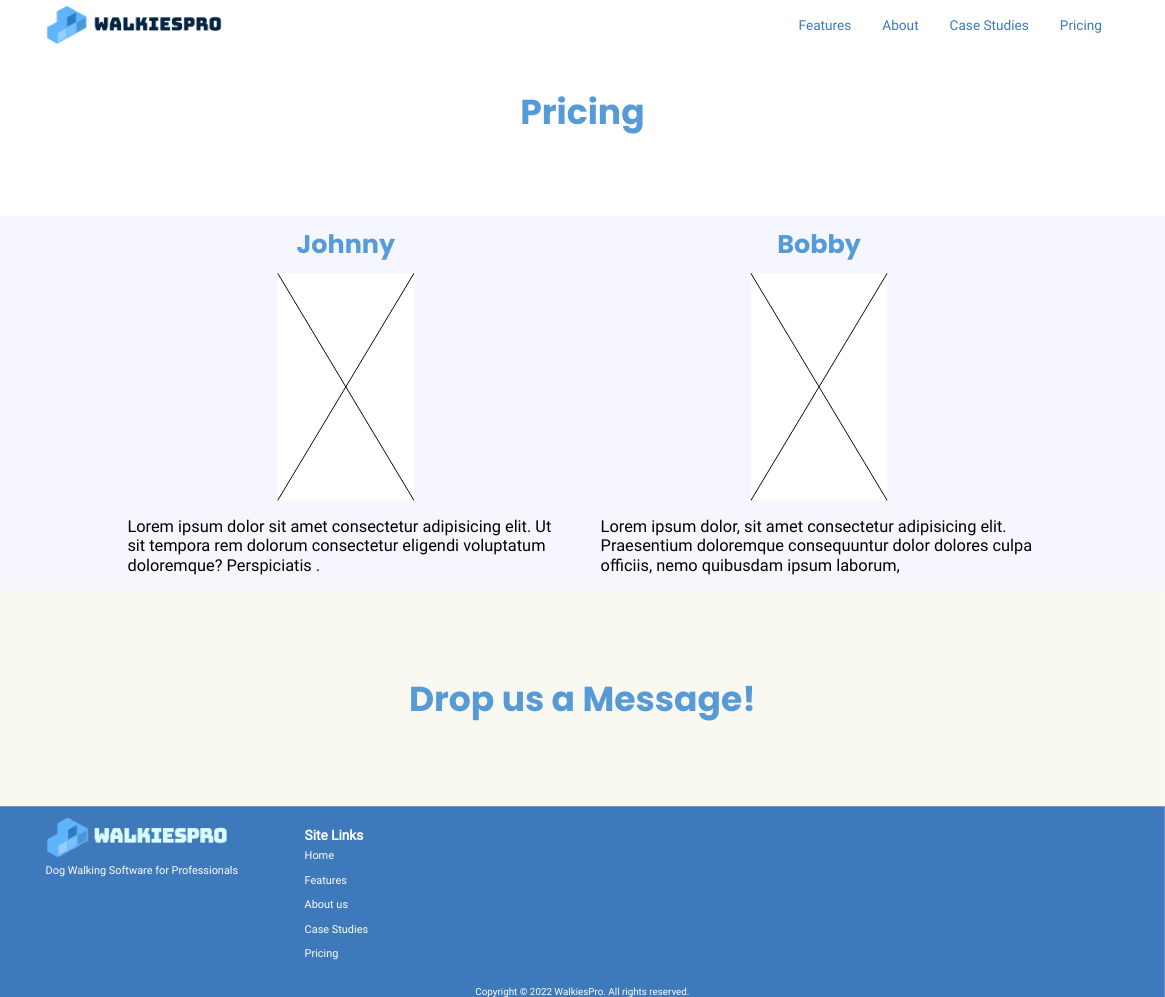
Repository: StevieC87/LAYOUT4
Page: pricing.html
The author's editor kept a copy of each file at every save. The page is drawn from the files as they stood at one save, then again after the next save.
The browser window is 1280 px wide. The pictures show the whole page, at 91% of full size.

Above is the page before, as saved 2022-01-02 19:08:04.

### pricing.html
<!DOCTYPE html>
<html lang="en">
  <head>
    <meta charset="UTF-8" />
    <meta http-equiv="X-UA-Compatible" content="IE=edge" />
    <meta name="viewport" content="width=device-width, initial-scale=1.0" />
    <title>WalkiesPro Dog Walking Software</title>
    <link rel="stylesheet" href="css/styles.css" />
    <link rel="stylesheet" href="css/aboutus.css" />
    <link rel="stylesheet" href="css/footer.css" />
    <link rel="stylesheet" href="css/navbar.css" />
    <link rel="stylesheet" href="css/fonts.css" />
    <link rel="stylesheet" href="css/utilities.css" />
    <link rel="stylesheet" href="css/mediaqueries.css" />
    <!-- THIS js file - deferred so loads at the end -->
    <script type="text/javascript" src="js/scripts.js" defer></script>

    <style></style>
  </head>
  <body>


    <div class="containernew">
      <div class="navwrapper">
        <!------------------ NAVBAR --------------------->
        <nav id="navbar" class="paddingspecial">
          <!--  <div class="paddingspecial"> -->
          <div id="logo" class="logodiv">
            <a href="index.html"><img src="images/logo.png" alt="logo" /></a>
          </div>
          <div id="hamburger-menu" class="hamburger-menu">
            <div class="line line-1"></div>
            <div class="line line-2"></div>
            <div class="line line-3"></div>
          </div>
          <div class="navlist">
            <ul tabindex="-1">
              <li><a class="current" href="features.html">Features</a></li>
              <li><a href="about-us.html">About</a></li>
              <li><a href="case-studies.html">Case Studies</a></li>
              <li><a href="pricing.html">Pricing</a></li>
            </ul>
          </div>
          <!-- </div> -->
        </nav>
      </div>
      <!------------------ OUR STORY --------------------->
      <section class="ourstorywrapper">

          <div class="ourstoryh1">
            <h1 class="fronth1" style="display: block">Pricing</h1>
          </div>
         <!--  <div class="ourstoryp">
              Lorem ipsum dolor sit, amet consectetur adipisicing elit. Voluptatibus minus debitis atque necessitatibus
              nesciunt. Quod molestias eum dolorem aliquam sapiente cum voluptatem nobis nesciunt dolor, totam nam neque
              inventore aliquid maiores fugiat saepe placeat? Magnam quis ex eos commodi quo?
          </div> -->

      </section>
      <!------------------ PRICING TABLE --------------------->
      <section class="meettheteamwrapper">
        <!--   <div class="meettheteamh2">
              <h2> Meet the team! </h2>
          </div> -->
          <div class="meetteamprofiles">
            <div class="meettheteamprofile1">
              <h3 class="centertext">Johnny</h3>

                <img src="images/3.png" width="150px" alt="" height="250px"  class="centerimg">

              <p>Lorem ipsum dolor sit amet consectetur adipisicing elit. Ut sit tempora rem dolorum consectetur eligendi voluptatum doloremque? Perspiciatis .</p>
            </div>
            <div class="meettheteamprofile2">
              <h3 class="centertext">Bobby</h3>

                <img class="centerimg" src="images/3.png" width="150px" height="250px" alt="">

              <p>Lorem ipsum dolor, sit amet consectetur adipisicing elit. Praesentium doloremque consequuntur dolor dolores culpa officiis, nemo quibusdam ipsum laborum,</p>
            </div>
        </div>
      </section>
      <!------------------ CONTACT US SECTION --------------------->
     <section class="contactuswrapper">
       <div class="contactusinnerwrapper">
        <h2 class="centertext"> Drop us a Message! </h2>

       </div>
     </section>
      <!------------------ FOOTER --------------------->
      <footer id="footer">
        <div class="footerwrapper">
          <div class="footergriditem1">
            <img class="bottomlogo" src="images/logoblue.png" alt="logo" />
            <span class="whitetext bottomphrase"
              >Dog Walking Software for Professionals</span
            >
          </div>

          <div class="footergriditem2">
            <div><b class="whitetext footerlinkstitle">Site Links</b></div>
            <ul class="whitetext ulnostyle anostyle" style="font-size: 12px">
              <li><a href="../layout/index.html">Home</a> </li>
              <li><a href="features.html">Features</a> </li>
              <li><a href="about-us.html">About us</a> </li>
              <li><a href="case-studies.html">Case Studies</a></li>
              <li><a href="pricing.html">Pricing</a></li>
            </ul>
          </div>
          <div class="footergriditem3 whitetext smallfont">Copyright © 2022 WalkiesPro. All rights reserved.</div>
        </div>

      </footer>
    </div>
    <!-- end container -->

    <!------------------ SIDE MENU --------------------->
    <div id="menuhidden" class="menuhidden hiddenright">
      <div class="slidemenu">
        <ul tabindex="-1" aria-hidden="true">
          <li><a class="activeSidebarLi" href="index.html">Home</a></li>
          <li><a class="current" href="features.html">Features</a></li>
          <li><a href="about-us.html">About</a></li>
          <li><a href="case-studies.html">Case Studies</a></li>
          <li><a href="pricing.html">Pricing</a></li>
          <!--    <hr /> -->
        </ul>
      </div>
    </div>
  </body>
</html>

### css/styles.css
:root {
  /*  --myblue: #5da3df; */
  --myblue: #3e79bc;
  --myblueh1: #569ad7;
}

html,
body {
  box-sizing: border-box;
  font-size: 18px;
  font-family: Roboto;
  /*  line-height: 1rem; */
  margin: auto;
}
*,
*:before,
*:after {
  box-sizing: inherit;
}

h1,
h2,
h3,
h4,
h5,
h6 {
  font-family: PoppinsBold;
  color: var(--myblueh1);
  /* #5da3df */
  padding: 10px 0 10px 0;
  margin: 0px;
}
h1 {
  font-size: 38px;
  line-height: 2.8rem;
}
h2 {
  font-size: 38px;
}
h3 {
  font-size: 28px;
}
h4 {
  font-size: 26px;
}
h5 {
  font-size: 20px;
}
h6 {
  font-size: 18px;
}

.fronth1 {
  padding-top: 0px;
}

.containernew {
  width: 100%;
}

### css/aboutus.css
/* * * * * * * * * * * * * * * * * * * * * * * * * * * * * * * * * * * * * * * *
ABOUT US
* * * * * * * * * * * * * * * * * * * * * * * * * * * * * * * * * * * * * * * */
.ourstorywrapper {
  width: 100%;
  display: grid;
  padding: 40px 0 80px 0;
}

.ourstoryh1 {
  grid-template-columns: 1fr;
  align-self: center;
  justify-self: center;
}

.ourstoryp {
  /* max-width: 80%;  */
  max-width: 800px;
  grid-template-columns: 1fr;
  align-self: center;
  justify-self: center;
  font-size: 1rem;
  padding-top: 30px;
}
.meettheteamwrapper {
  width: 100%;
  display: grid;
  justify-content: center;
  background-color: #f6f7fe;
}
.meettheteamh2 {
  padding-top: 40px;
  text-align: center;
  /*  color: purple; */
  color: var(--myblueh1);
  /* color: #7f55ff; */
  width: 100%;
}
.meettheteamh2 > h2 {
  color: inherit;
}
.meetteamprofiles {
  max-width: 1000px;
  justify-content: center;
  display: grid;
  grid-template-columns: 1fr;
  grid-gap: 40px;
}
.contactuswrapper {
  padding: 80px 0 80px 0;
  background-color: #f9f9f2;
}
.contactusinnerwrapper {
}

.aboutusformgrid {
  max-width: 300px;
  margin: 0 auto;
  padding: 0 20px 0px 20px;
}
.textareadiv {
}
textarea {
  width: 100%;
  max-width: 300px;
  border-radius: 5px;
  border: 1px solid var(--myblue);
}
input,
label {
  display: block;
  width: 100%;
  max-width: 300px;
}
input {
  border-radius: 5px;
  border: 1px solid var(--myblue);
  padding: 10px;
}
label {
  padding-bottom: 5px;
  padding-top: 20px;
  color: var(--myblue);
}
@media (min-width: 336px) {
  .meetteamprofiles {
    grid-template-columns: 1fr 1fr;
  }
  .meettheteamprofile1 {
    justify-self: center;
    align-self: center;
  }
  .meettheteamprofile2 {
  }
}

### css/footer.css
/* * * * * * * * * * * * * * * * * * * * * * * * * * * * * * * * * * * * * * * *
                    FOOTER
* * * * * * * * * * * * * * * * * * * * * * * * * * * * * * * * * * * * * * * */

footer {
  background-color: var(--myblue);
  width: 100%;
  display: flex;
  justify-content: center;
  padding-top: 10px;
}
/* DEFAULT FOR SMALL SCREEN - MOBILE FIRST */
.footerwrapper {
  /* this is the inner div that serves as a grid with equal columns as container */
  width: 1200px;
  display: grid;
  grid-template-columns: 1fr;
  grid-gap: 0.2rem;
}
/* DEFAULT FOR SMALL SCREEN - MOBILE FIRST */
.footergriditem1 {
  grid-row: 1 / 2;
  /* grid-column: 1 / 2; */
  grid-column: 1 / -1;
}
/* DEFAULT FOR SMALL SCREEN - MOBILE FIRST */
.footergriditem2 {
  /* grid-column: 2 / 3; */
  grid-column: 1 / -1;
  grid-row: 3 / 4;
  padding-left: 10px;
  justify-self: start;
  padding-top: 10px;
  padding-bottom: 10px;

  /*  justify-self: self-end; */
  /* padding: 20px 0 0 40px; */
}
.footergriditem2:first-child {
  margin: 10px 0 10px 0;
}
.footergriditem3 {
  grid-row: 4 / 5;
  grid-column: 1 / -1;
  justify-self: center;
  align-self: center;
}
.bottomlogo {
  padding: 0px 0 0px 10px;
}
.bottomphrase {
  padding-left: 10px;
  display: block;
  text-align: left;
  font-size: 12px;
}
.footerlinkstitle {
  font-size: 15px;
}

@media (min-width: 336px) {
}
@media (min-width: 450px) {
  .footerwrapper {
    grid-template-columns: 226px 200px 1fr 0.2fr 0.2fr 0.2fr;
  }
  .footergriditem1 {
    grid-row: 1 / 2;
    grid-column: 1 / 2;
  }
  .footergriditem2 {
    grid-row: 1 / 2;
    grid-column: 2 / 3;
    padding-left: 0px;
    justify-self: center;
    padding-top: 10px;
    padding-bottom: 10px;
  }
}

### css/navbar.css
/* * * * * * * * * * * * * * * * * * * * * * * * * * * * * * * * * * * * * * * *
                          NAVBAR
* * * * * * * * * * * * * * * * * * * * * * * * * * * * * * * * * * * * * * * */
.navwrapper {
  display: flex;
  justify-content: center;
}
nav {
  background-color: white;
  width: 1200px;
  display: flex;
  justify-content: space-between;
}

.logodiv {
  padding-top: 5px;
  padding-left: 10px;
}
#navbar ul {
  list-style: none;
  margin-right: 15px;
  /*   float: right; */
}

#navbar ul li {
  float: left;
}

#navbar ul li a {
  display: block;
  margin: 0 14px 0 20px;
  /* padding: 0 20px 0 10px; */
  text-align: center;
  text-decoration: none;
  color: var(--myblue);
  /*  color: black; */

  font-size: 15px;
  /*  border-bottom: 1px solid transparent; */

  line-height: 21px;
}
#navbar ul li a:hover {
  /*  text-decoration: underline; */
  /*  border-bottom: 1px solid var(--myblue); */
  color: #9370db;
}

/* * * * * * * * * * * * * * * * * * * * * * * * * * * * * * * * * * * * * * * *
HAMBURGER MENU
* * * * * * * * * * * * * * * * * * * * * * * * * * * * * * * * * * * * * * * */

.hamburger-menu {
  width: 30px;
  height: 30px;
  padding-top: 7px;
  position: absolute;
  top: 7px;
  right: 10px;
  display: flex;
  flex-direction: column;
  justify-content: space-between;
  cursor: pointer;
  z-index: 100;
}

.line {
  width: inherit;
  height: 3px;
  background-color: var(--myblue);
  border-radius: 2px;
  transition-property: transform;
  transition-duration: 500ms;

  /*   transform-origin: right;
  transition: transform 0.5s; */
}

.line.openline:nth-child(1) {
  transform: translate(0px, 10px) rotate(45deg);
  /*  transform-origin: top; */
}
.line.openline:nth-child(2) {
  opacity: 0;
}
.line.openline:nth-child(3) {
  transform: translate(0px, -10px) rotate(-45deg);

  /*   transform-origin: top; */
}

.menuhidden {
  height: 100vh;
  width: 200px;
  background-color: white;
  position: fixed;
  top: 0;
  right: -200px;
  transition: ease 0.2s;
}

.visibleright {
  right: 0px;
  /*   transition: ease 4s; */
}
/* --------- SLIDEMENU ---------- */
.slidemenu ul {
  list-style: none;
  padding-top: 45px;
  padding-left: 0px;
  width: 100%;
  /*   float: right; */
}
.slidemenu ul li {
}
.slidemenu ul li a {
  display: block;
  padding: 10px 5px 10px 5px;
  margin: 0px 5px 0px 5px;
  text-align: center;
  text-decoration: none;
  line-height: 1.5rem;
  color: var(--myblue);
}
.slidemenu ul li a:hover {
  background-color: #fbfbfa;
  border-radius: 15px;
  /* opacity: 0.5; */
}
.activeSidebarLi {
  background-color: #fbfbfa;
  border-radius: 15px;
}
/* END SLIDEMENU */

### css/fonts.css
/* * * * * * * * * * * * * * * * * * * * * * * * * * * * * * * * * * * * * * * *
        FONT FAMILIESS
* * * * * * * * * * * * * * * * * * * * * * * * * * * * * * * * * * * * * * * */
@font-face {
  font-family: 'Bungee';
  src: url('../fonts/Bungee-Regular.ttf');
  src: local('☺'), url('../fonts/Bungee-Regular.ttf') format('truetype');
  font-display: block;
}
@font-face {
  font-family: 'Roboto';
  src: url('../fonts/Roboto-Regular.ttf');
  src: local('☺'), url('../fonts/Roboto-Regular.ttf') format('truetype');
  font-display: block;
}
@font-face {
  font-family: 'Roboto-Bold';
  src: url('../fonts/Roboto-Bold.ttf');
  src: local('☺'), url('../fonts/Roboto-Bold.ttf') format('truetype');
  font-display: block;
}
@font-face {
  font-family: 'Ubuntu';
  src: url('../fonts/Ubuntu-Regular.ttf');
  src: local('☺'), url('../fonts/Ubuntu-Regular.ttf') format('truetype');
  font-display: block;
}
@font-face {
  font-family: 'UbuntuBold';
  src: url('../fonts/Ubuntu-Bold.ttf');
  src: local('☺'), url('../fonts/Ubuntu-Bold.ttf') format('truetype');
  font-display: block;
}
@font-face {
  font-family: 'Poppins';
  src: url('../fonts/Poppins-Regular.ttf');
  src: local('☺'), url('../fonts/Poppins-Regular.ttf') format('truetype');
  font-display: block;
}
@font-face {
  font-family: 'PoppinsBold';
  src: url('../fonts/Poppins-Bold.ttf');
  src: local('☺'), url('../fonts/Poppins-Bold.ttf') format('truetype');
  font-display: block;
}
.bungee {
  font-family: Bungee;
}
.ubuntu {
  font-family: Ubuntu;
}
.ubuntuBold {
  font-family: UbuntuBold;
}
.poppins {
  font-family: Poppins;
}

### css/utilities.css
.btn {
  cursor: pointer;
  transition-property: background-color, color, border;
  transition-duration: 200ms;
  transition-timing-function: ease-in;
}
.allfeaturesbtn {
  padding: 15px 20px 15px 20px;
  border-radius: 10px;
  border: 1px solid var(--myblue);
  /*   background-color: var(--myblue); */
  background-color: WHITE;
  /* color: white; */
  color: var(--myblue);
  font-weight: bold;
  font-size: 1.2rem;
}
.allfeaturesbtn:hover {
  background-color: var(--myblue);
  color: white;
}
.submit {
  margin-top: 20px;
  padding: 8px 6px 8px 6px;
  border-radius: 6px;
  width: 100px;
  background-color: var(--myblue);
  border: 1px solid var(--myblue);
  color: #f9f9f2;
  font-size: 1.2rem;
  /*  font-weight: bold; */
}

/* * * * * * * * * * * * * * * * * * * * * * * * * * * * * * * * * * * * * * * *
UTILITY CLASSES
* * * * * * * * * * * * * * * * * * * * * * * * * * * * * * * * * * * * * * * */

.centertext {
  text-align: center;
}
.centerimg {
  display: block;
  margin-left: auto;
  margin-right: auto;
  /*   width: 50%; */
}
.centerhorizvert {
  align-self: center;
  justify-self: center;
}
/* visible/invis from screen readers & visually */
.invisible {
  visibility: hidden;
}
.visible {
  visibility: visible;
}
.whitetext {
  color: white;
}
.smallfont {
  font-size: 0.6rem;
}
.ulnostyle {
  list-style: none;
  line-height: 1.5rem;
  padding: 0;
  margin: 0;
}
.anostyle > li a {
  text-decoration: none;
  color: white;
}

### css/mediaqueries.css
/* to switch to hamburger menu */
@media (min-width: 677px) {
  .hamburger-menu {
    visibility: hidden;
  }
  .section2divrow {
    grid-template-columns: 1fr 1fr;
  }
  .section1innerwrapper {
    grid-template-columns: 2fr 1fr;
  }
}
@media (max-width: 676px) {
  /* HIDE NAV LI WHEN SMALL SCREEN */
  nav {
    width: 1200px;
  }

  .navlist {
    visibility: hidden;
    display: none;
  }
  .hamburger-menu {
    visibility: visible;
  }

  /* ADVANCED SCHEDULING DIV - flip order: image last */
  .section2imgleft1 {
    grid-row: 2;
  }
  .section2textright1 {
    grid-row: 1;
  }
  /* FINANCIAL MANAGEMENT DIV - flip order: image last */
  .section2imgleft3 {
    grid-row: 2;
  }
  .section2textleft3 {
    grid-row: 1;
  }
}

### js/scripts.js
const hamburgerbutton = document.querySelector('#hamburger-menu');
hamburgerbutton.addEventListener('click', function () {
  //  vis();
  slide();
  transformlines();
});

function slide() {
  const slideme = document.querySelector('#menuhidden');
  const slidemeclasses = slideme.classList;
  //  slideme.classList.replace('hiddenright', 'visibleright');
  const slidemeclassestoggle = slidemeclasses.toggle('visibleright');
}

function transformlines() {
  //for each line add a class ideally
  document.querySelectorAll('.line').forEach((item) =>
    //item.style.backgroundColor = "pink"
    item.classList.toggle('openline')
  );
}

After the next save:
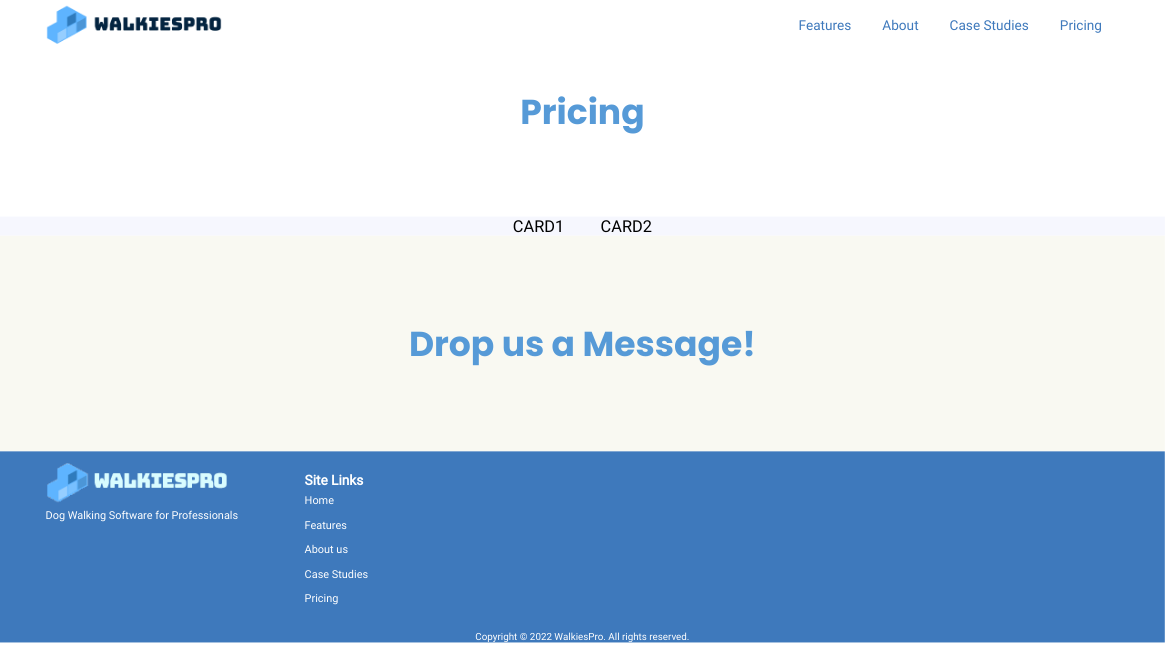
Saved 90 s later.
--- a/pricing.html
+++ b/pricing.html
@@ -64,19 +64,10 @@
           </div> -->
           <div class="meetteamprofiles">
             <div class="meettheteamprofile1">
-              <h3 class="centertext">Johnny</h3>
-
-                <img src="images/3.png" width="150px" alt="" height="250px"  class="centerimg">
-
-              <p>Lorem ipsum dolor sit amet consectetur adipisicing elit. Ut sit tempora rem dolorum consectetur eligendi voluptatum doloremque? Perspiciatis .</p>
+              CARD1
             </div>
             <div class="meettheteamprofile2">
-              <h3 class="centertext">Bobby</h3>
-
-                <img class="centerimg" src="images/3.png" width="150px" height="250px" alt="">
-
-              <p>Lorem ipsum dolor, sit amet consectetur adipisicing elit. Praesentium doloremque consequuntur dolor dolores culpa officiis, nemo quibusdam ipsum laborum,</p>
-            </div>
+             CARD2
         </div>
       </section>
       <!------------------ CONTACT US SECTION --------------------->
